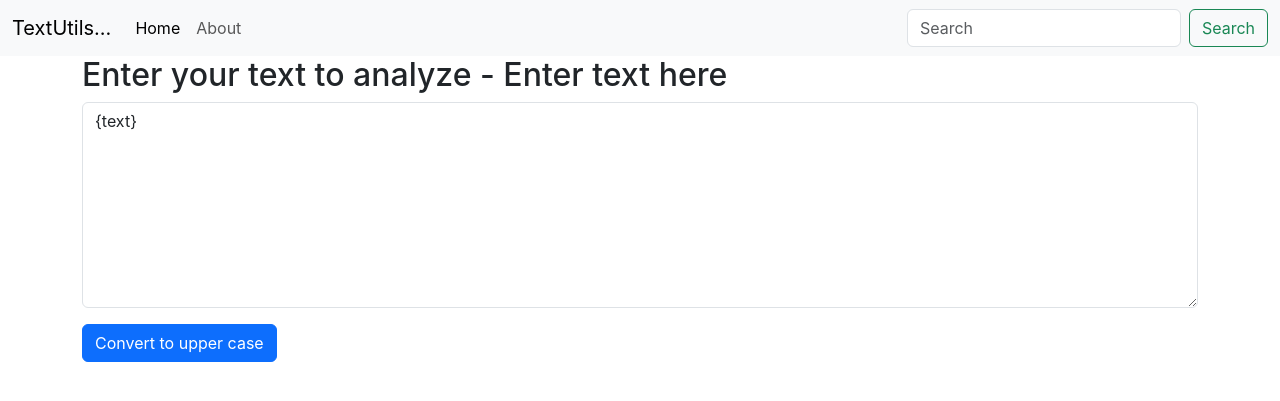
Repository: SujanNagaju/react-demo
Page: /
An editor plug-in stored every save of this project. The page is shown before and after the next save, followed by the edit.
The browser window is 1280 px wide. The pictures show the whole page.
The project was rebuilt for these pictures with package versions that can differ from the ones it lists, and the page was loaded fresh each time. Also part of the build but not shown: src/App.css.

Above is the page before, as saved 2024-12-29 13:27:55.

After the next save:
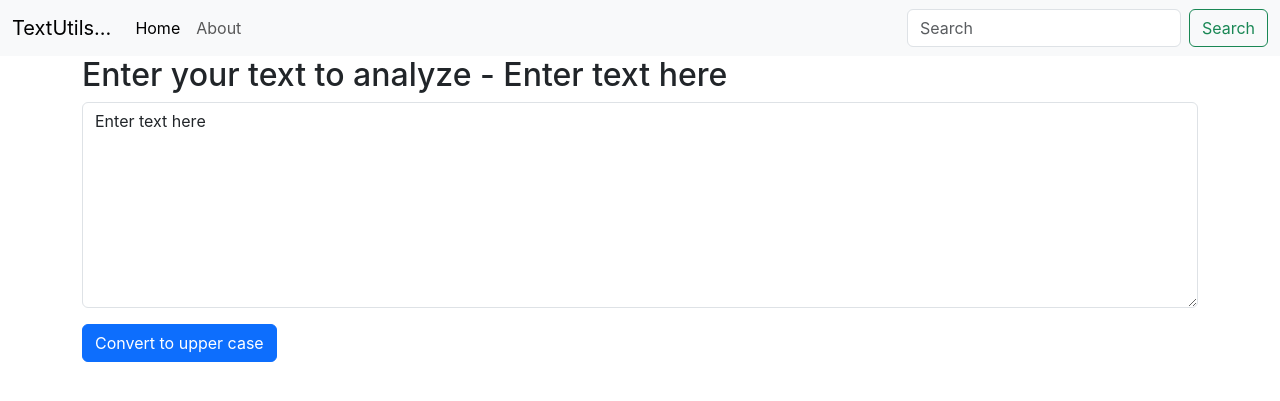
Saved 16 s later.
--- a/src/components/TextForm.js
+++ b/src/components/TextForm.js
@@ -10,7 +10,7 @@
     <div>
       <h2>{props.heading} - {text}</h2>
         <div className="mb-3">
-            <textarea className="form-control" id="textBox" value="{text}" rows="8"></textarea>
+            <textarea className="form-control" id="textBox" value={text} rows="8"></textarea>
         </div>
         <button className="btn btn-primary" onClick={handleUpClick}>Convert to upper case</button>
     </div>
